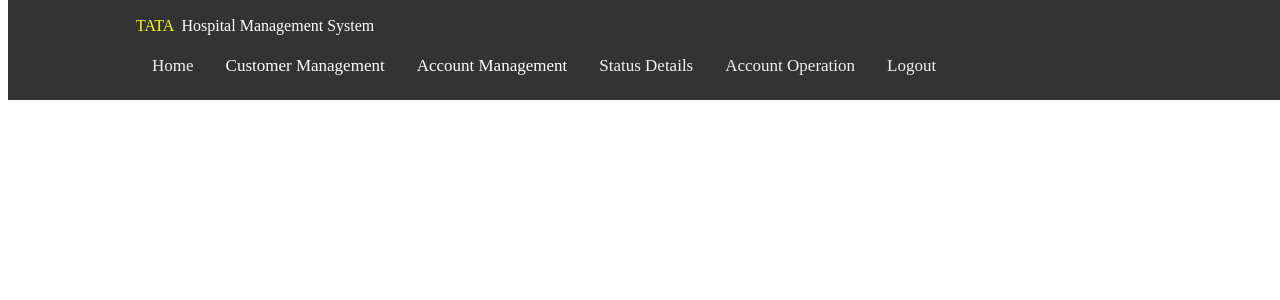
Repository: gopikavinod/RBM
Page: http://localhost/Hospital_Management_System/test.jsp
The author's editor kept a copy of each file at every save. The page is drawn from the files as they stood at one save, then again after the next save.
The browser window is 1280 px wide. The pictures show the whole page.
The page is served by Tomcat 9.

Above is the page before, as saved 2020-06-27 05:52:48.

After the next save:
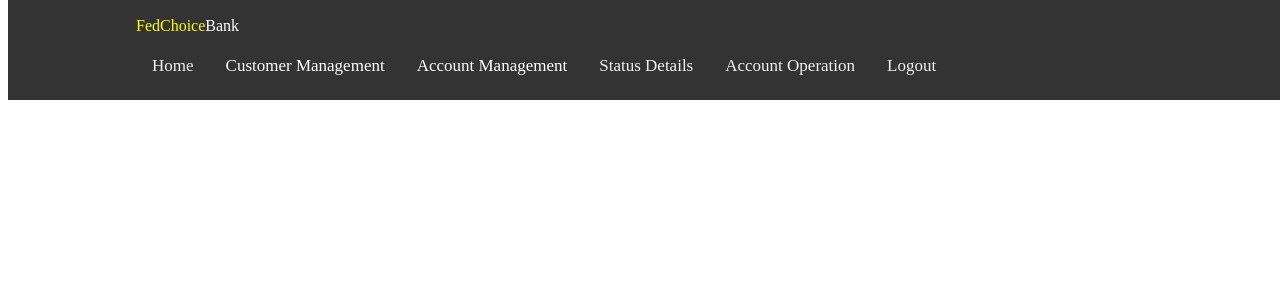
Saved 93 s later.
--- a/eclipse-workspace/Hospital Management System/WebContent/test.jsp
+++ b/eclipse-workspace/Hospital Management System/WebContent/test.jsp
@@ -131,12 +131,11 @@
 
 <body>
 
-<div class="fixed-header">
-  <div class="container">
-                 <nav>
-          <p class="detail">TATA <span class="name">&nbsp;Hospital Management System</span></p>
-                  <nav>
-            <div class="topnav" id="myTopnav">
+ <div class="fixed-header">
+        <div class="container">
+            <nav>
+          <p class="detail">FedChoice<span class="name">Bank</span></p>
+          <div class="topnav" id="myTopnav">
                 <a href="#">Home</a>
                 <div class="dropdown">
     <button class="dropbtn">Customer Management
@@ -167,8 +166,8 @@
                 <a href="#">Account Operation</a>
                  <a href="/Retail_Bank_Management/LogoutServlet" onclick="disableBackButton()">Logout</a>
             </nav>
-              </div>
- </div>
+        </div>
+    </div>
 </body>
 
 </html>
